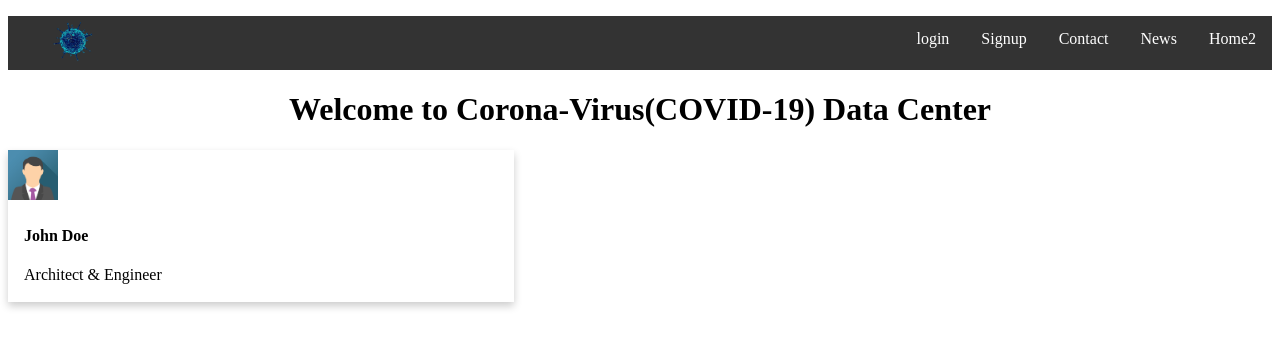
Repository: xthashankar/COVID-19-data-
Page: news.html
An editor plug-in stored every save of this project. The page is shown before and after the next save, followed by the edit.
The browser window is 1280 px wide. The pictures show the whole page.
The page's requests for data from a server got no answer.

Above is the page before, as saved 2020-04-10 16:34:44.

### news.html
<!DOCTYPE html>
<html lang="en">
<head>
    <meta charset="UTF-8">
    <meta name="viewport" content="width=device-width, initial-scale=1.0">
    <link rel="stylesheet" href="css/news.css">
    <title>Document</title>
</head>
<body>
    <ul>
        <img src="image/coronavirus.png">
        <li><a class="nav" href="#">Home2

        </a></li>
        <li><a href="#">News</a></li>
        <li><a href="#">Contact</a></li>
        <li><a href="#">Signup</a></li>
        <li><a href="#">login</a></li>
    </ul>
    <h1>Welcome to Corona-Virus(COVID-19) Data Center</h1>

    <div class="card">
        <img src="image/img_avatar.png" alt="Avatar" >
        <div class="container">
          <h4><b>John Doe</b></h4>
          <p>Architect & Engineer</p>
        </div>
      </div>
</body>
<script src="javascript/news.js"></script>
</html>

### css/news.css
.card {
    box-shadow: 0 4px 8px 0 rgba(0,0,0,0.2);
    transition: 0.3s;
    width: 40%;

  }

  .card:hover {
    box-shadow: 0 8px 16px 0 rgba(0,0,0,0.2);
  }

  .container {
    padding: 2px 16px;
  }


ul{
    list-style-type:none;
    overflow: hidden;
    background-color:#333;
}
li{
   float:right;
}
li a{
    display: block;
    color:white;
    text-align: center;
    padding: 14px 16px;
    text-decoration: none;
}
li a:hover{
    background-color: #111;
}
h1{
    text-align: center;
}
img{
    width:50px;
    height:50px;
}

### javascript/news.js
let car='';
fetch("https://nepalcorona.info/api/v1/news")
.then(function(response){return response.json()})
.then(function(news){
    // console.log(news)
    car=news.data;
    car.forEach(function(user){
        // let id=document.createElement('card');
        // id.innerHTML=user.source_url[0];
        // id.style.display='flex';
        // id.style.backgroundcolor='yellow';
        // id.style.color='red';
        // document.body.appendChild(id);
        // console.log('asad',user);

        let id=document.getElementsByClassName('row');
        let source=document.getElementsByName('column');
    })
})

After the next save:
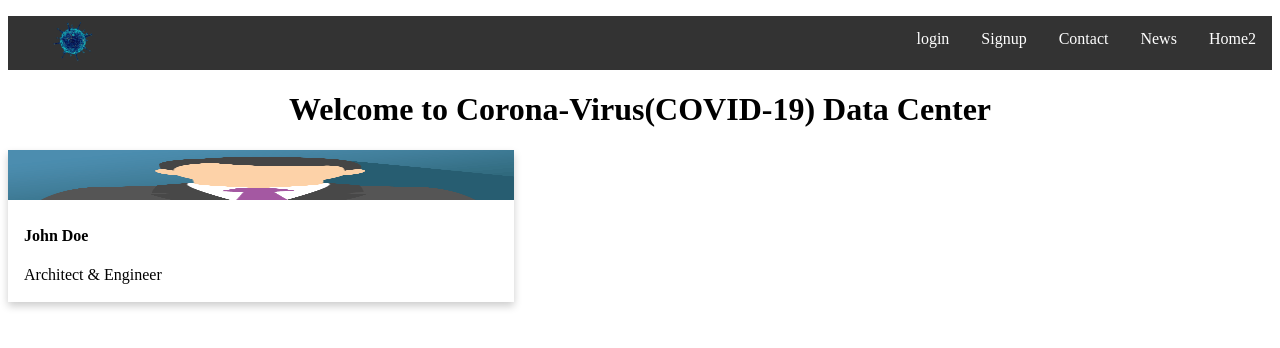
Saved 28 s later.
--- a/news.html
+++ b/news.html
@@ -20,7 +20,7 @@
     <h1>Welcome to Corona-Virus(COVID-19) Data Center</h1>
 
     <div class="card">
-        <img src="image/img_avatar.png" alt="Avatar" >
+        <img src="image/img_avatar.png" alt="Avatar" style="width:100%">
         <div class="container">
           <h4><b>John Doe</b></h4>
           <p>Architect & Engineer</p>
